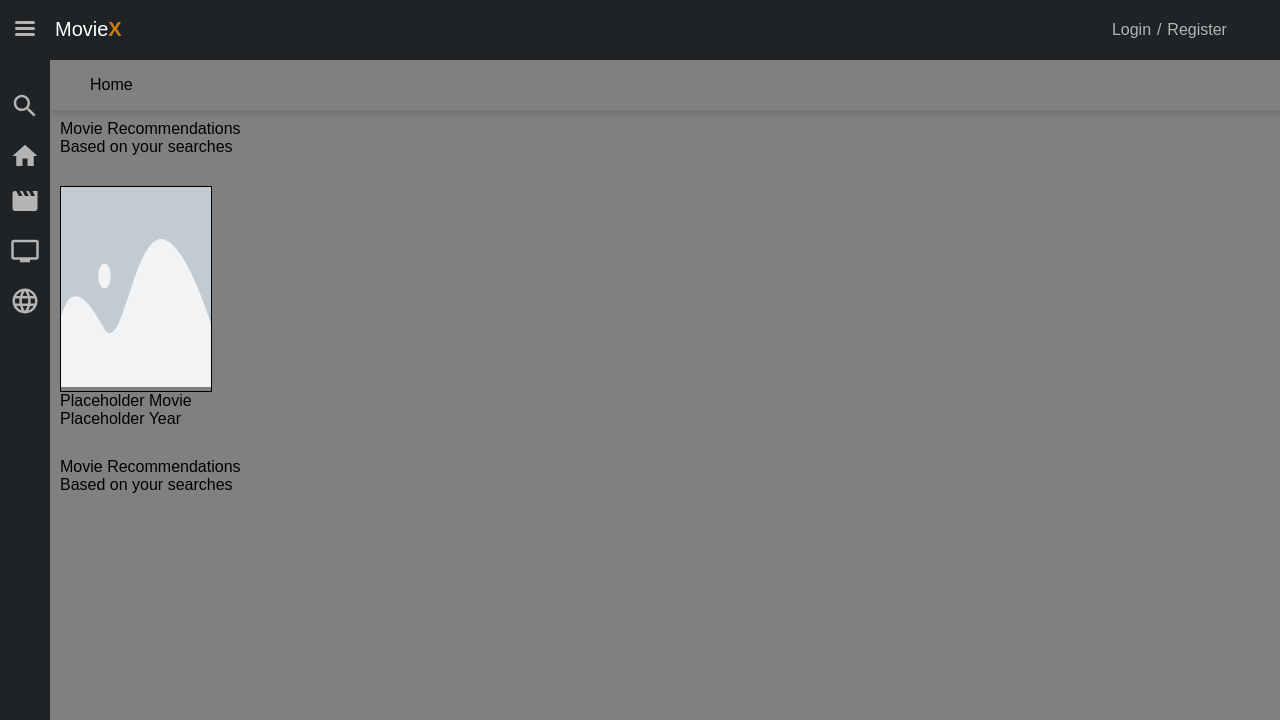
Repository: Amad-Mlinka/MovieTVBrowserNext
Page: /
An editor plug-in stored every save of this project. The page is shown before and after the next save, followed by the edit.
The browser window is 1280 px wide. The pictures show the whole page.
The project was rebuilt for these pictures with package versions that can differ from the ones it lists, and the page was loaded fresh each time. The framework's server and built-in components were replaced by stand-ins that run in the browser. Also part of the build but not shown: next.config.js.

Above is the page before, as saved 2021-08-06 22:20:18.

After the next save:
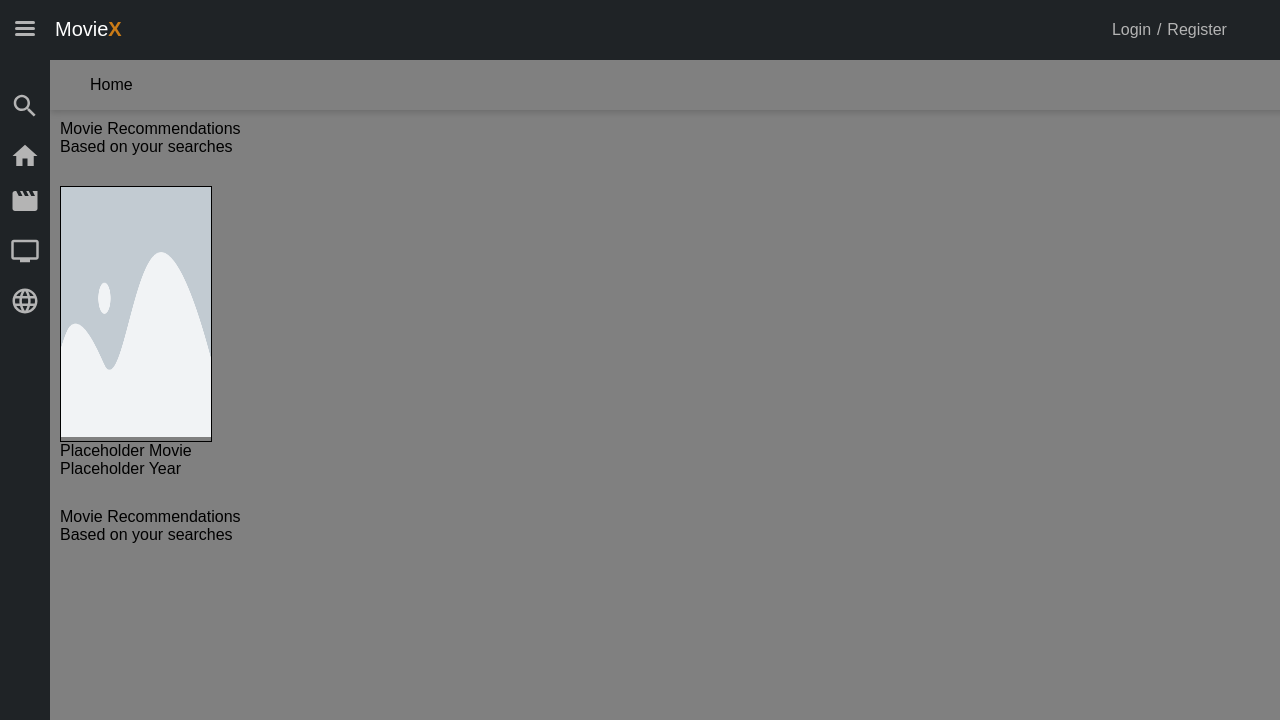
Saved 2 min 17 s later.
--- a/pages/index.js
+++ b/pages/index.js
@@ -27,7 +27,7 @@
             <div className={homeStyles.media}>
               <div className={homeStyles.mediaContainer}>
                 <div className={homeStyles.mediaImageContainer}>
-                  <Image src={placeholder} height="200" width="150" />
+                  <Image src={placeholder} height="250" width="150" />
                 </div>
                 <div className={homeStyles.mediaOverlay}>
                   <div className={homeStyles.mediaRating}>

After the save that followed:
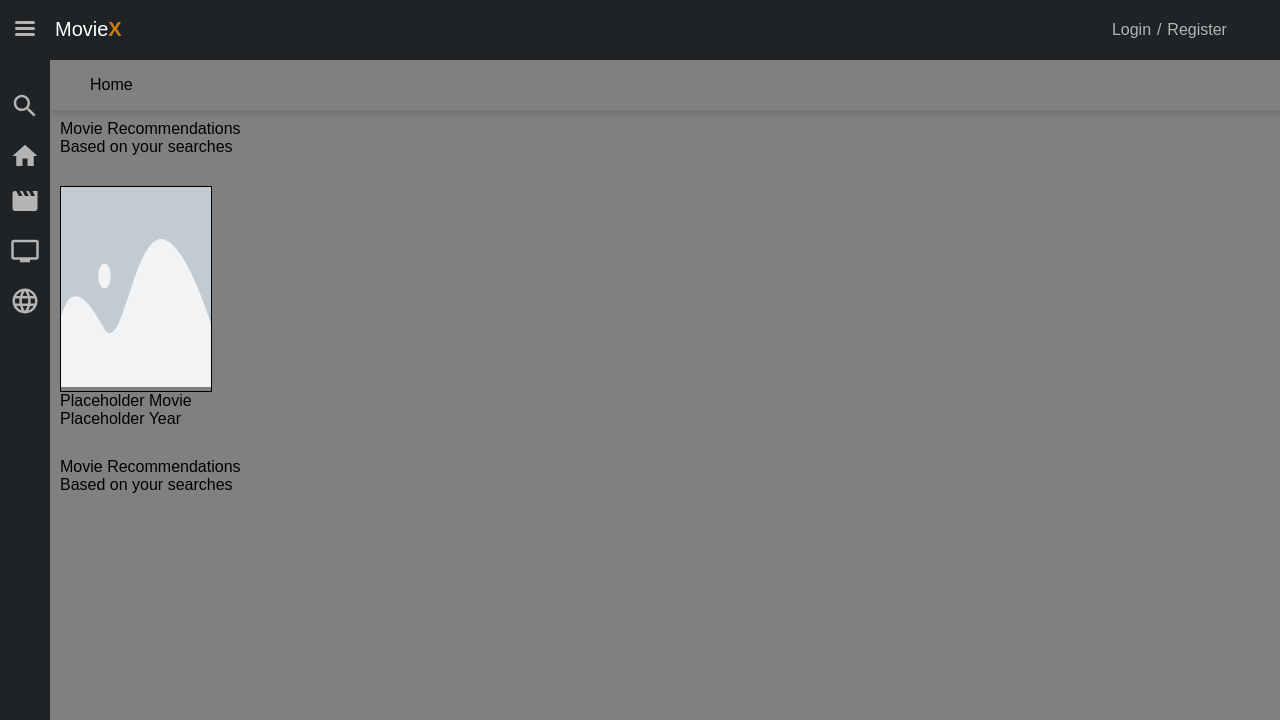
Saved 5 s later.
--- a/pages/index.js
+++ b/pages/index.js
@@ -27,7 +27,7 @@
             <div className={homeStyles.media}>
               <div className={homeStyles.mediaContainer}>
                 <div className={homeStyles.mediaImageContainer}>
-                  <Image src={placeholder} height="250" width="150" />
+                  <Image src={placeholder} height="200" width="150" />
                 </div>
                 <div className={homeStyles.mediaOverlay}>
                   <div className={homeStyles.mediaRating}>
